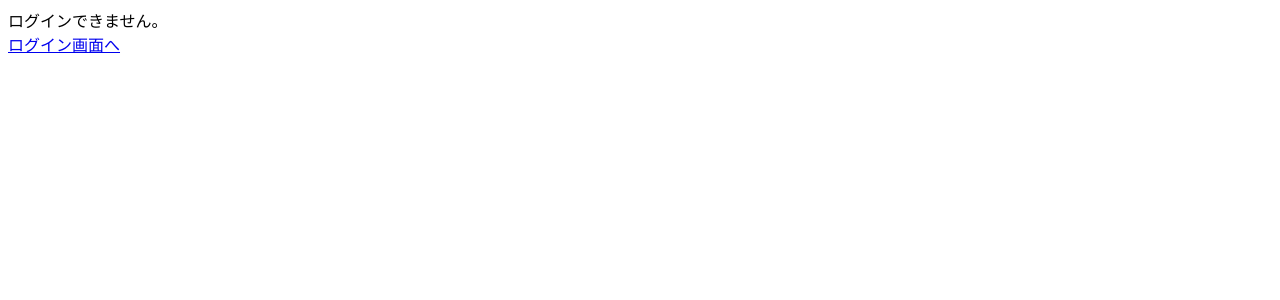
Repository: hayashikazuki/quroud9
Page: http://localhost/king HP/staff/staff_edit_done.php
The author's editor kept a record of every edit. The page is drawn from the files as they stood at one moment, then again after the next edit.
The browser window is 1280 px wide. The pictures show the whole page.
The page is run by PHP 8.4 with error messages shown; the project is at /var/www/html/.

Above is the page before.

After the next edit:
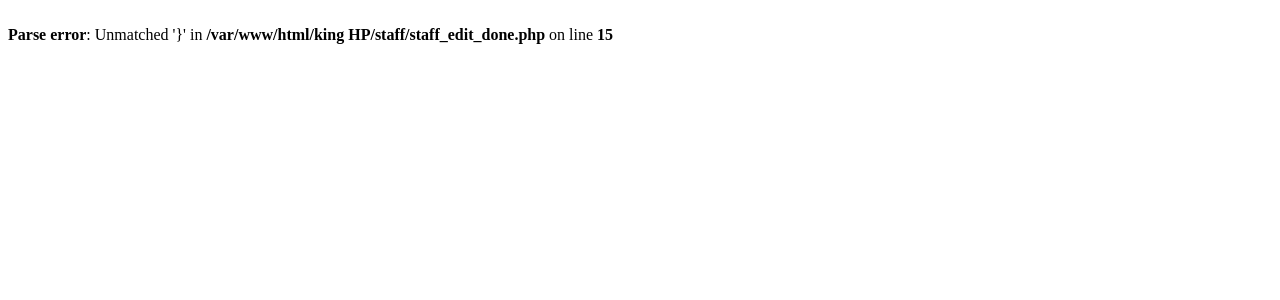
The edit:
--- a/king HP/staff/staff_edit_done.php
+++ b/king HP/staff/staff_edit_done.php
@@ -1,17 +1,17 @@
 <?php
-session_start();
-session_regenerate_id(true);
-if(isset($_SESSION['login'])==false)
-{
-    print'ログインできません。<br />';
-    print'<a href="../staff_login/staff_login.html">ログイン画面へ</a>';
-    exit();
-}
-else
-{
-    print $_SESSION['staff_name'];
-    print'さんログイン中<br />';
-    print'<br />';
+// session_start();
+// session_regenerate_id(true);
+// if(isset($_SESSION['login'])==false)
+// {
+//     print'ログインできません。<br />';
+//     print'<a href="../staff_login/staff_login.html">ログイン画面へ</a>';
+//     exit();
+// }
+// else
+// {
+//     print $_SESSION['staff_name'];
+//     print'さんログイン中<br />';
+//     print'<br />';
 }
 ?>
 <!DOCTYPE html>
